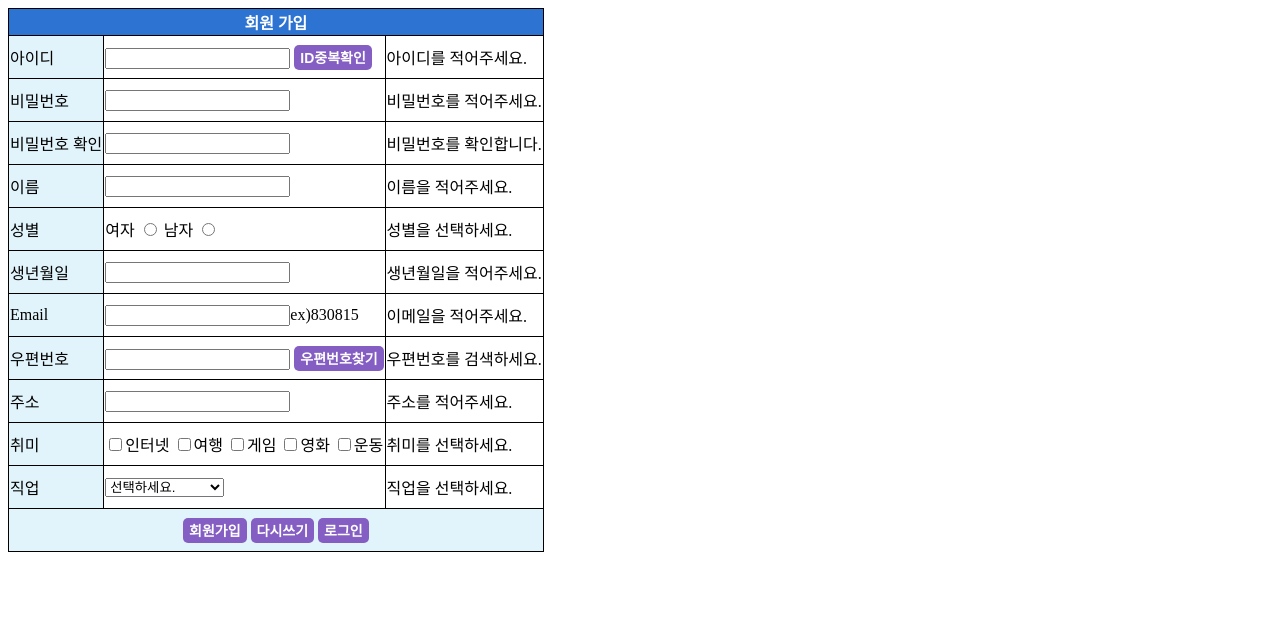
Repository: JeongminHW/Web_study
Page: HTML/myHTML/src/main/webapp/ch07/member.html
The author's editor kept a copy of each file at every save. The page is drawn from the files as they stood at one save, then again after the next save.
The browser window is 1280 px wide. The pictures show the whole page.

Above is the page before, as saved 2024-07-10 07:47:09.

After the next save:
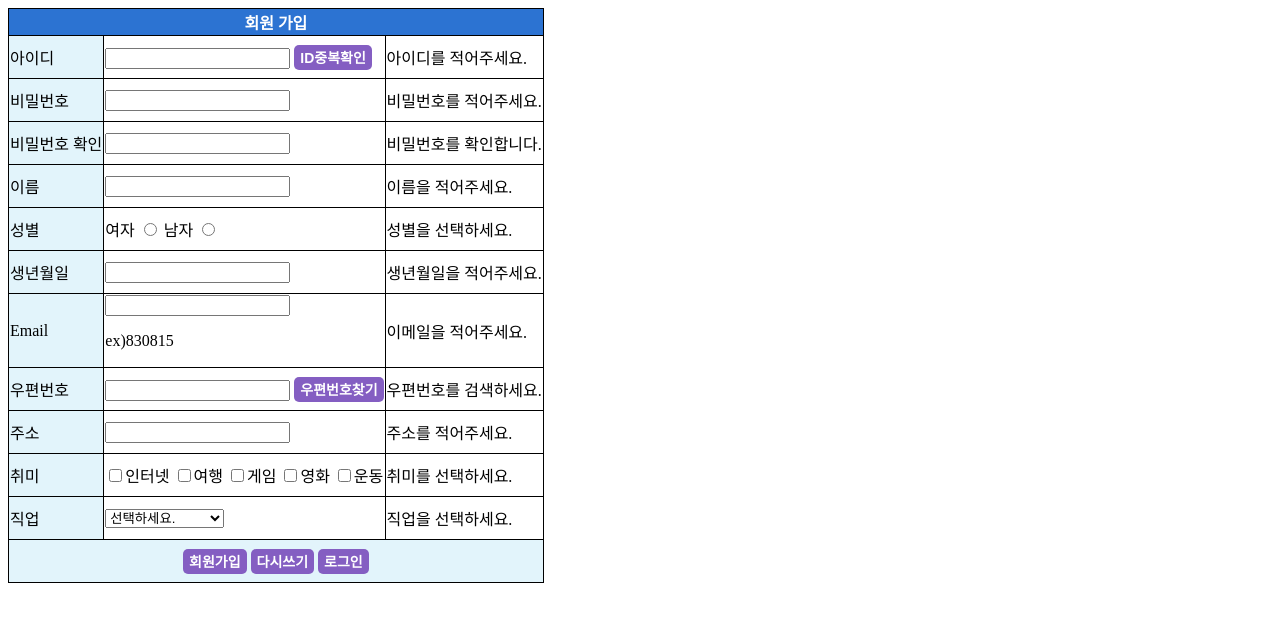
Saved 18 s later.
--- a/HTML/myHTML/src/main/webapp/ch07/member.html
+++ b/HTML/myHTML/src/main/webapp/ch07/member.html
@@ -52,7 +52,7 @@
 
 		<tr>
 			<td>Email</td>
-			<td colspan="7"><input type="email" name="email">ex)830815</td>
+			<td colspan="7"><input type="email" name="email"><p>ex)830815</td>
 			<td>이메일을 적어주세요.</td>
 		</tr>
 
